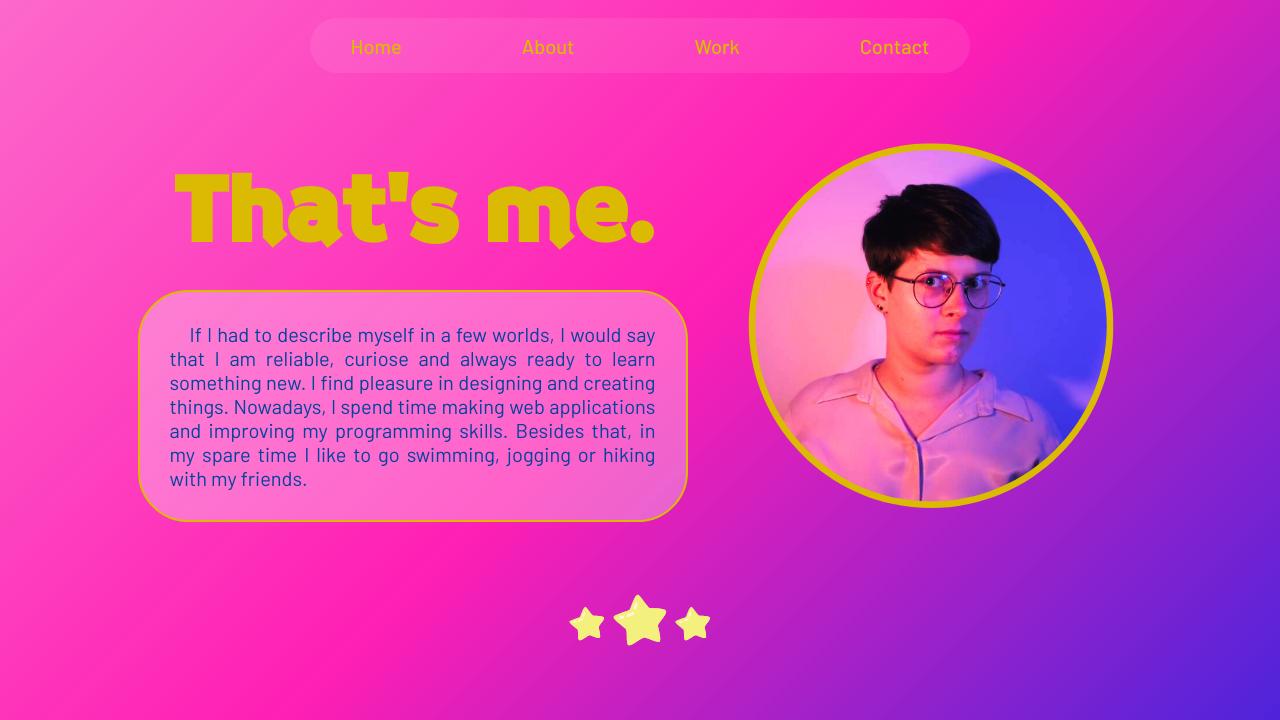
Repository: JJonka/portfolio_site
Page: /about
The author's editor kept a copy of each file at every save. The page is drawn from the files as they stood at one save, then again after the next save.
The browser window is 1280 px wide. The pictures show the whole page.
The project was rebuilt for these pictures with package versions that can differ from the ones it lists, and the page was loaded fresh each time. Also part of the build but not shown: vite.config.ts, src/pages/HomePage.tsx, src/components/LogoIcon.module.scss, src/components/LogoIcon.tsx, src/pages/Contact.tsx, src/pages/Work.module.scss, src/pages/Work.tsx.

Above is the page before, as saved 2023-10-08 12:19:08.

### index.html
<!doctype html>
<html lang="en">
  <head>
    <meta charset="UTF-8" />
    <link rel="icon" href="./src/assets/jj_logo.svg">
    <meta name="viewport" content="width=device-width, initial-scale=1.0" />
    <title>Joanna Jurasz - software developer</title>
  </head>
  <body>
    <div id="root"></div>
    <script type="module" src="/src/index.tsx"></script>
  </body>
</html>

### src/index.tsx
import React from 'react';
import ReactDOM from 'react-dom/client';
import App from './App';
import { BrowserRouter } from 'react-router-dom';


const root = ReactDOM.createRoot( document.getElementById('root') as HTMLElement);

root.render(
  <BrowserRouter>
    <App />
  </BrowserRouter>
);

### src/App.tsx
import { Routes, Route } from 'react-router-dom';
import HomePage from './pages/HomePage';
import About from './pages/About';
import Contact from './pages/Contact';
import Work from './pages/Work';
import './App.css'


const App = () => {
    return (
      <div>
      <div className='mainBackground' />
      <div className='layer1' />
      <div className='layer2' />

      <Routes>
        <Route path='/' element={ <HomePage /> } />
        <Route path='/about' element={ <About /> } />
        <Route path='/work' element={ <Work /> } />
        <Route path='/contact' element={ <Contact /> }/>
      </Routes>
      </div>
    )
}

export default App;

### src/pages/About.tsx
import Menu from "../components/Menu";
import styles from "./About.module.scss"
import EndOfSection from "../components/EndOfSection";

const About = () => {
    return (
        <div className={styles.card}>
            <Menu></Menu>
            <div className={styles.container}>
                <div className={styles.text}>
                    <h1 className={styles.header}>That's me.</h1>
                    <div className={styles.box}>
                        <p className={styles.aboutMe}>&emsp;If I had to describe myself in a few worlds, I would say that I am reliable,
                            curiose and always ready to learn something new. I find pleasure in designing and creating things. Nowadays,
                            I spend time making web applications and improving my programming skills. Besides that, in my spare time
                            I like to go swimming, jogging or hiking with my friends.
                        </p>
                    </div>
                </div>
                <img src="/src/assets/jj.svg" className={styles.image} alt="Jo_pic"></img>
            </div>
            <EndOfSection></EndOfSection>
        </div>
    )
};

export default About;

### src/App.css
@font-face {
  font-family: 'Barlow-Light';
  src: url(/fonts/Barlow-Light.ttf);
}

@font-face {
	font-family: 'Barlow-Regular' ;
	src: url(/fonts/Barlow-Regular.ttf);
}

body {
	display: flex;
	flex-direction: column;
    align-items: center;
    font-family: 'Barlow-Light';
	text-align: center;
    padding-left: calc(100vw - 100%);
    --main-color: #daba02;
}

.mainBackground {
    background-image: linear-gradient(135deg, #fc79d0 10%, #ff00aaec 50% , #2719e0 85%);
    animation: slide 8s linear infinite alternate;
    animation-fill-mode: backwards;
    animation-delay: -1s;
    position: fixed;
    top: 0;
    bottom: 0;
    left: -50%;
    right: -50%;
    opacity: 0.95;
    z-index: -1;
}




@keyframes slide {
    0% {
        transform: translateX(-20%);
    }
    100% {
        transform: translateX(5%);
    }

}

### src/components/Menu.tsx
import styles from "./Menu.module.scss";
import  LinkToPage  from "./LinkToPage"

const Menu = () => {

    return (
        <div className={styles.menu}>
            <LinkToPage
                link = {'/'}
                urlTo = {"http://localhost:5173/"}
                linkTitle= {"Home"}
            ></LinkToPage>
            <LinkToPage
                link = {'/about'}
                urlTo = {"http://localhost:5173/about"}
                linkTitle= {"About"}
            ></LinkToPage>
            <LinkToPage
                link = {'/work'}
                urlTo = {"http://localhost:5173/work"}
                linkTitle= {"Work"}
            ></LinkToPage>
            <LinkToPage
                link = {'/contact'}
                urlTo = {"http://localhost:5173/contact"}
                linkTitle= {"Contact"}
            ></LinkToPage>
        </div>
    )
};

export default Menu;

### src/pages/HomePage.module.scss
@font-face {
    font-family: 'BraahOne-Regular';
    src: url(/fonts/BraahOne-Regular.ttf);
}

.header {
    color: var(--main-color);
    font-family: "BraahOne-Regular";
    font-size: 130px;
    margin-bottom: 10px;
    margin-top: 25px;
}

.introduction {
    color: var(--main-color);
    font-family: "BraahOne-Regular";
    font-size: 40px;
    font-weight: 50;
    margin-top: 5px;

}

.imgTop {
    position: absolute;
    top: 20px;
    left: 0;
    max-width: 40%;
    max-height: 40%;
    -webkit-transform: scaleX(-1);
    transform: scaleX(-1);
}

.imgBottom {
    position: absolute;
    bottom: 0;
    right: 0;
    max-width: 40%;
    max-height: 40%;
}

.container {
    display: flex;
    flex-direction: column;
    align-items: center;
    position: relative;
    width: 1300px;
    height: 600px;
}

.card {
    display: flex;
    flex-direction: column;
    align-items: center;
}

### src/pages/About.module.scss
@font-face {
	font-family: 'Barlow-Regular' ;
	src: url(/fonts/Barlow-Regular.ttf);
}

.card {
    display: flex;
    flex-direction: column;
    align-items: center;
}

.header {
    color: var(--main-color);
    font-family: "BraahOne-Regular";
    font-size: 100px;
    margin-bottom: 10px;
    margin-top: 15px;
}

.container {
    justify-content: center;
    display: flex;
    flex-direction: row;
    height: 450px;
    width: 1100px;
    gap: 50px;
    margin-bottom: 10px;
    margin-top: 20px;
}

.image {
    max-width: 90%;
    max-height: 90%;
}

.text {
    height: 400px;
    width: 550px;
    display: flex;
    flex-direction: column;
    align-items: center;
    justify-content: center;
}

.aboutMe {
    font-family: "Barlow-Regular";
    font-size: 20px;
    color:  rgb(0, 68, 157);
    margin: 0;
    padding: 30px;

}

.box {
    background-color: rgba(255, 255, 255, 0.303);
    border-color: var(--main-color);
    border-radius: 50px;
    border-style: solid;
    border-width: 2px;
    text-align: justify;
}

### src/components/EndOfSection.tsx
import styles from "./EndOfSection.module.scss"

const EndOfSection = () => {
    return (
        <img src="/src/assets/end_of_section.svg" className={styles.endOfSection}></img>
    )
}

export default EndOfSection

### src/pages/Contact.module.scss
@font-face {
	font-family: 'Barlow-Regular' ;
	src: url(/fonts/Barlow-Regular.ttf);
}
@font-face {
    font-family: 'Barlow-Medium';
    src: url(/fonts/Barlow-Medium.ttf);
}

.card {
    align-items: center;
    display: flex;
    flex-direction: column;
}

.container {
    display: flex;
    flex-direction: column;
    align-items: center;
    height: 500px;
    width: 1100px;
    margin-bottom: 100px;
}

.header {
    color: var(--main-color);
    font-family: "BraahOne-Regular";
    font-size: 70px;
    margin-bottom: 10px;
    margin-top: 30px;

}

.logos {
    display: flex;
    flex-direction: row;
    gap: 250px;
    margin-top: 50px;
    margin-bottom: 120px;
    justify-content: center;
    width: 1000px;
}

a {
    text-decoration: none;
}

### src/components/Menu.module.scss
@font-face {
    font-family: 'Barlow-Medium';
    src: url(/fonts/Barlow-Medium.ttf);
}


.menu {
    border-radius: 50px;
    font-family: 'Barlow-Medium';
    font-size: 20px;
    margin-top: 10px;
    margin-bottom: 30px;
    width: 620px;
    height: 15px;
    padding: 20px;
    display: flex;
    flex-direction: row;
    align-items: center;
    justify-content: center;
    column-gap: 30px;
    background-color:rgba(255, 255, 255, 0.083);;

}

### src/components/LinkToPage.tsx
import { Link } from "react-router-dom";
import styles from "./LinkToPage.module.scss"

interface LinkTo  {
    link: string
    urlTo: string
    linkTitle: string
}

const LinkToPage = (props: LinkTo) => {
    return (
        <div>
            <Link to={props.link} className={document.URL == props.urlTo ? styles.active : styles.link}>{props.linkTitle} </Link>
        </div>
    )
}

export default LinkToPage

### src/components/EndOfSection.module.scss
.endOfSection {
    max-width: 150px;
}

### src/components/LinkToPage.module.scss
.link {
    text-decoration: none;
    color: var(--main-color);
    margin: 10px 25px;
    padding: 5px 20px;
}

.link:hover {
    margin: 10px 25px;
    padding: 5px 20px;
    background-color: rgba(255, 255, 255, 0.259);
    border-radius: 50px;
    transition: background-color 1s;
}

.active {
    text-decoration: none;
    color: var(--main-color);
    margin: 10px 25px;
    padding: 5px 20px;
    background-color: rgba(255, 255, 255, 0.259);
    border-radius: 50px;
}

After the next save:
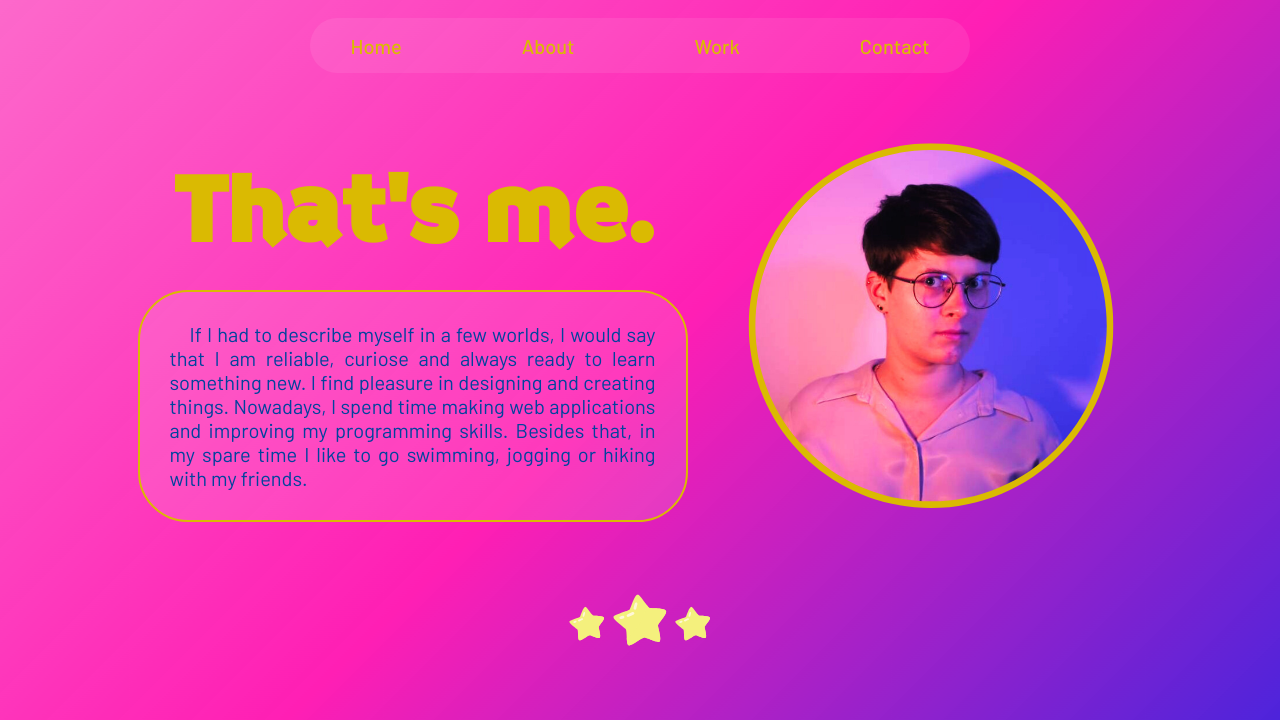
Saved 8 s later.
--- a/src/pages/About.module.scss
+++ b/src/pages/About.module.scss
@@ -52,7 +52,7 @@
 }
 
 .box {
-    background-color: rgba(255, 255, 255, 0.303);
+    background-color: rgba(255, 255, 255, 0.117);
     border-color: var(--main-color);
     border-radius: 50px;
     border-style: solid;
